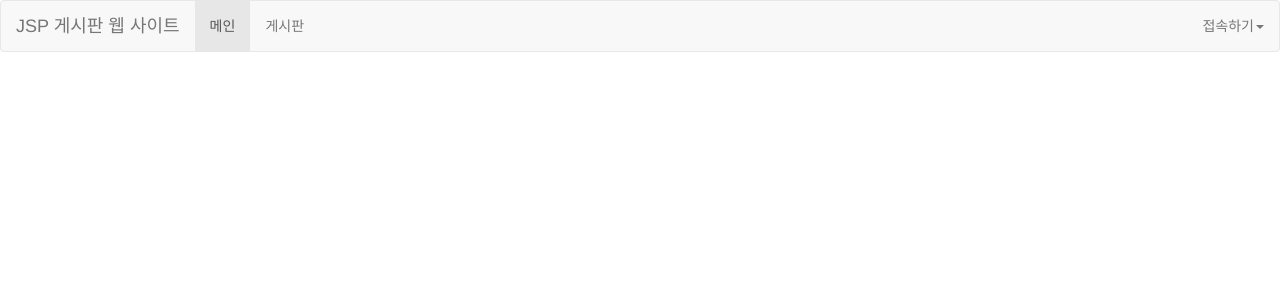
Repository: hanseu9839/BbsJSP
Page: http://localhost/BBS/bbs.jsp
An editor plug-in stored every save of this project. The page is shown before and after the next save, followed by the edit.
The browser window is 1280 px wide. The pictures show the whole page.
The page is served by Tomcat 9.

Above is the page before, as saved 2021-05-02 14:29:42.

After the next save:
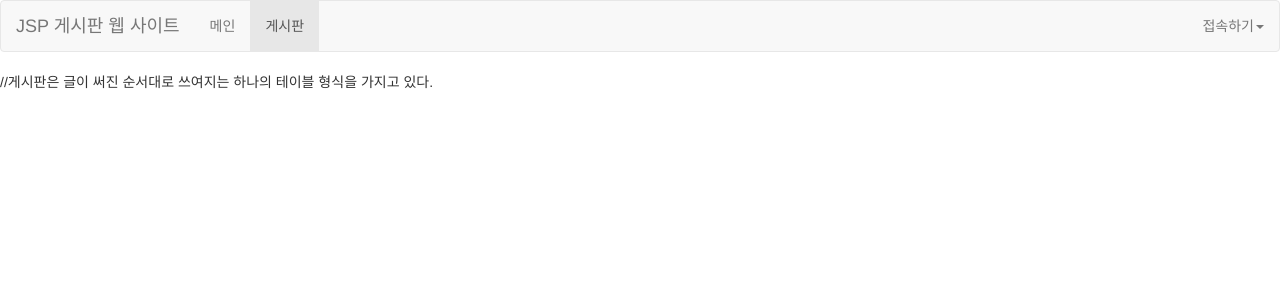
Saved 9 h 9 min later.
--- a/BBS/src/main/webapp/bbs.jsp
+++ b/BBS/src/main/webapp/bbs.jsp
@@ -30,15 +30,12 @@
       </div>
       <div class="collapse navbar-collapse" id="bs-example-navbar-collapse-1">
          <ul class="nav navbar-nav">
-            <li class="active"><a href ="main.jsp">메인</a></li>
-            <li><a href ="bbs.jsp">게시판</a></li>
+            <li ><a href ="main.jsp">메인</a></li>
+            <li class="active"><a href ="bbs.jsp">게시판</a></li>
          </ul>
          <%
          	if(userID == null) {
          %>
-
-
-
          <ul class="nav navbar-nav navbar-right">
             <li class="dropdown">
                <a href="#" class="dropdown-toogle"
@@ -68,6 +65,14 @@
          %>
       </div>
    </nav>
+   //게시판은 글이 써진 순서대로 쓰여지는 하나의 테이블 형식을 가지고 있다.
+   <div class = "container">
+   		<div class="row">
+   			<table class = "table table-striped"style =" text-align: center; border: 1px solid #dddddd">
+   		</div>
+
+   </div>
+
    <script src="https://ajax.googleapis.com/ajax/libs/jquery/1.12.4/jquery.min.js"></script>
 <script src="js/bootstrap.min.js"></script>
 </body>
